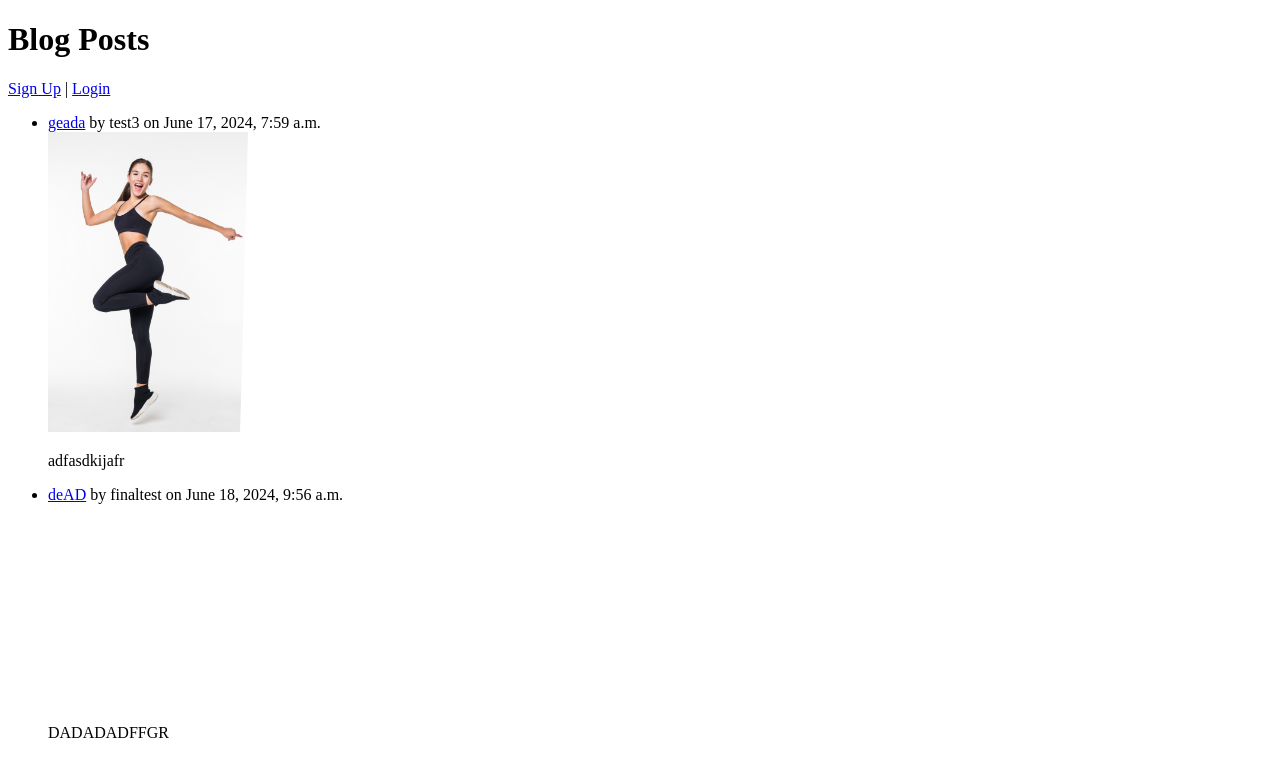
Repository: AchuVinod/miniblog
Page: http://localhost/
The author's editor kept a copy of each file at every save. The page is drawn from the files as they stood at one save, then again after the next save.
The browser window is 1280 px wide. The pictures show the whole page.
The page is served by the project's application, run on Django 5.2 (manage.py). Other server files are loaded and not shown. The page reads the database file committed with the project.

Above is the page before, as saved 2024-06-16 17:44:56.

### blog_project/blog/templates/blog/home.html
<!DOCTYPE html>
<html>
<head>
    <title>Blog Home</title>
</head>
<body>
    <h1>Blog Posts</h1>
    {% if user.is_authenticated %}
        <form method="post" action="{% url 'logout' %}" style="display: inline;">
            {% csrf_token %}
            <button type="submit">Logout</button>
        </form> | <a href="{% url 'create_post' %}">Create Post</a>
    {% else %}
        <a href="{% url 'signup' %}">Sign Up</a> | <a href="{% url 'login' %}">Login</a>
    {% endif %}
    <ul>
        {% for post in posts %}
            <li>
                <a href="{% url 'post_detail' post.pk %}">{{ post.title }}</a> by {{ post.author.username }} on {{ post.created_at }}
                <br>
                <img src="{{ post.image.url }}" alt="{{ post.title }}" style="max-width: 200px;">
                <p>{{ post.description|truncatewords:30 }}</p>
            </li>
        {% endfor %}
    </ul>
</body>
</html>

### blog_project/blog/models.py
from django.db import models
from django.contrib.auth.models import User

class Post(models.Model):
    title = models.CharField(max_length=200)
    description = models.TextField()
    image = models.ImageField(upload_to='blog_images/')
    author = models.ForeignKey(User, on_delete=models.CASCADE)
    created_at = models.DateTimeField(auto_now_add=True)

    def __str__(self):
        return self.title

class Comment(models.Model):
    post = models.ForeignKey(Post, related_name='comments', on_delete=models.CASCADE)
    author = models.ForeignKey(User, on_delete=models.CASCADE)
    text = models.TextField()
    created_at = models.DateTimeField(auto_now_add=True)

    def __str__(self):
        return self.text

### blog_project/blog/views.py
from django.shortcuts import render, get_object_or_404, redirect
from django.contrib.auth import login, authenticate
from django.contrib.auth.decorators import login_required
from django.contrib.auth.forms import AuthenticationForm
from .models import Post, Comment
from .forms import SignUpForm, PostForm, CommentForm
from django.http import HttpResponseForbidden
from django.contrib.auth.forms import UserCreationForm


def signup(request):
    if request.method == 'POST':
        form = UserCreationForm(request.POST)
        if form.is_valid():
            form.save()
            username = form.cleaned_data.get('username')
            raw_password = form.cleaned_data.get('password1')
            user = authenticate(username=username, password=raw_password)
            login(request, user)
            return redirect('login')  # Redirect to login page after signup
    else:
        form = UserCreationForm()
    return render(request, 'blog/signup.html', {'form': form})

def login_view(request):
    if request.method == 'POST':
        form = AuthenticationForm(request, data=request.POST)
        if form.is_valid():
            username = form.cleaned_data.get('username')
            password = form.cleaned_data.get('password')
            user = authenticate(username=username, password=password)
            if user is not None:
                login(request, user)
                return redirect('home')
    else:
        form = AuthenticationForm()
    return render(request, 'blog/login.html', {'form': form})

def home(request):
    posts = Post.objects.all()
    return render(request, 'blog/home.html', {'posts': posts})

@login_required
def create_post(request):
    if request.method == 'POST':
        form = PostForm(request.POST, request.FILES)
        if form.is_valid():
            post = form.save(commit=False)
            post.author = request.user
            post.save()
            return redirect('home')
    else:
        form = PostForm()
    return render(request, 'blog/create_post.html', {'form': form})

def post_detail(request, pk):
    post = get_object_or_404(Post, pk=pk)
    comments = Comment.objects.filter(post=post)
    if request.method == 'POST':
        form = CommentForm(request.POST)
        if form.is_valid():
            comment = form.save(commit=False)
            comment.author = request.user
            comment.post = post
            comment.save()
            return redirect('post_detail', pk=post.pk)
    else:
        form = CommentForm()
    return render(request, 'blog/post_detail.html', {'post': post, 'comments': comments, 'form': form})

@login_required
def delete_post(request, pk):
    post = get_object_or_404(Post, pk=pk)
    if request.user == post.author:
        post.delete()
        return redirect('home')
    else:
        return HttpResponseForbidden()

### blog_project/blog_project/urls.py
"""
URL configuration for blog_project project.

The `urlpatterns` list routes URLs to views. For more information please see:
    https://docs.djangoproject.com/en/5.0/topics/http/urls/
Examples:
Function views
    1. Add an import:  from my_app import views
    2. Add a URL to urlpatterns:  path('', views.home, name='home')
Class-based views
    1. Add an import:  from other_app.views import Home
    2. Add a URL to urlpatterns:  path('', Home.as_view(), name='home')
Including another URLconf
    1. Import the include() function: from django.urls import include, path
    2. Add a URL to urlpatterns:  path('blog/', include('blog.urls'))
"""
from django.contrib import admin
from django.urls import path, include
from django.conf import settings
from django.conf.urls.static import static

urlpatterns = [
    path('admin/', admin.site.urls),
    path('blog/', include('blog.urls')),
    path('', include('blog.urls')),
]

if settings.DEBUG:
    urlpatterns += static(settings.MEDIA_URL, document_root=settings.MEDIA_ROOT)

### blog_project/blog/urls.py
from django.urls import path
from django.contrib.auth import views as auth_views
from . import views

urlpatterns = [
    path('signup/', views.signup, name='signup'),
    path('login/', views.login_view, name='login'),
    path('logout/', auth_views.LogoutView.as_view(), name='logout'),  # Correct logout URL
    path('', views.home, name='home'),
    path('post/<int:pk>/', views.post_detail, name='post_detail'),
    path('post/new/', views.create_post, name='create_post'),
    path('post/<int:pk>/delete/', views.delete_post, name='delete_post'),
]

### blog_project/db.sqlite3 (the tables this page reads, as SQL)
CREATE TABLE "auth_user" ("id" integer NOT NULL PRIMARY KEY AUTOINCREMENT, "password" varchar(128) NOT NULL, "last_login" datetime NULL, "is_superuser" bool NOT NULL, "username" varchar(150) NOT NULL UNIQUE, "last_name" varchar(150) NOT NULL, "email" varchar(254) NOT NULL, "is_staff" bool NOT NULL, "is_active" bool NOT NULL, "date_joined" datetime NOT NULL, "first_name" varchar(150) NOT NULL);
INSERT INTO "auth_user" VALUES
(1, 'pbkdf2_sha256$720000$mdm1uPf3BpA6bMOWZK5LPM$cpjfny8iS3UlyTfRPLw8OA0leuXYn0eV8hhHsaSeFJc=', '2024-06-16 12:49:52.361171', 0, 'text', '', 'achuvinod8182@gmail.com', 0, 1, '2024-06-16 11:29:02.327586', ''),
(2, 'pbkdf2_sha256$720000$NpaS63cu774BLLUlRCkhr0$vY9VWpX4pO0PDaxFu6vF5+gGuLMWhOxd5CTeGTEqf0g=', '2024-06-17 08:00:08.258102', 0, 'test2', '', 'test2@gmail.com', 0, 1, '2024-06-16 12:02:50.787407', ''),
(3, 'pbkdf2_sha256$720000$Ukl7vDVfBnqRIhI0TDP3zQ$4iC9GfJAEXq8veW8/r0kyUoNowq2BZGsdKOUoKrO+5o=', '2024-06-18 10:06:09.334738', 0, 'test3', '', '', 0, 1, '2024-06-16 12:08:17.090326', ''),
(4, 'pbkdf2_sha256$720000$Ac23yZs36kM5qroDcUxzFV$dnQB2nI3gt3kjez8VWo7cCZ0FZgRe+YX9WjHt3SmUe8=', '2024-06-18 10:05:36.072247', 0, 'finaltest', '', '', 0, 1, '2024-06-17 09:20:35.363524', '');

CREATE TABLE "blog_post" ("id" integer NOT NULL PRIMARY KEY AUTOINCREMENT, "title" varchar(200) NOT NULL, "description" text NOT NULL, "image" varchar(100) NOT NULL, "created_at" datetime NOT NULL, "author_id" integer NOT NULL REFERENCES "auth_user" ("id") DEFERRABLE INITIALLY DEFERRED);
INSERT INTO "blog_post" VALUES
(4, 'geada', 'adfasdkijafr', 'blog_images/sporty-young-woman-jumping-isolated-white-wall.jpg', '2024-06-17 07:59:53.167689', 3),
(5, 'deAD', 'DADADADFFGR', 'blog_images/logo.png', '2024-06-18 09:56:15.404623', 4);

### blog_project/blog/templates/base.html
<!DOCTYPE html>
<html>
<head>
    <title>{% block title %}Blog{% endblock %}</title>
</head>
<body>
    <nav>
        <ul>
            <li><a href="{% url 'home' %}">Home</a></li>
            {% if user.is_authenticated %}
                <li><a href="{% url 'logout' %}">Logout</a></li>
                <li><a href="{% url 'create_post' %}">Create Post</a></li>
            {% else %}
                <li><a href="{% url 'signup' %}">Sign Up</a></li>
                <li><a href="{% url 'login' %}">Login</a></li>
            {% endif %}
        </ul>
    </nav>

    <div>
        {% block content %}
        {% endblock %}
    </div>

</body>
</html>

After the next save:
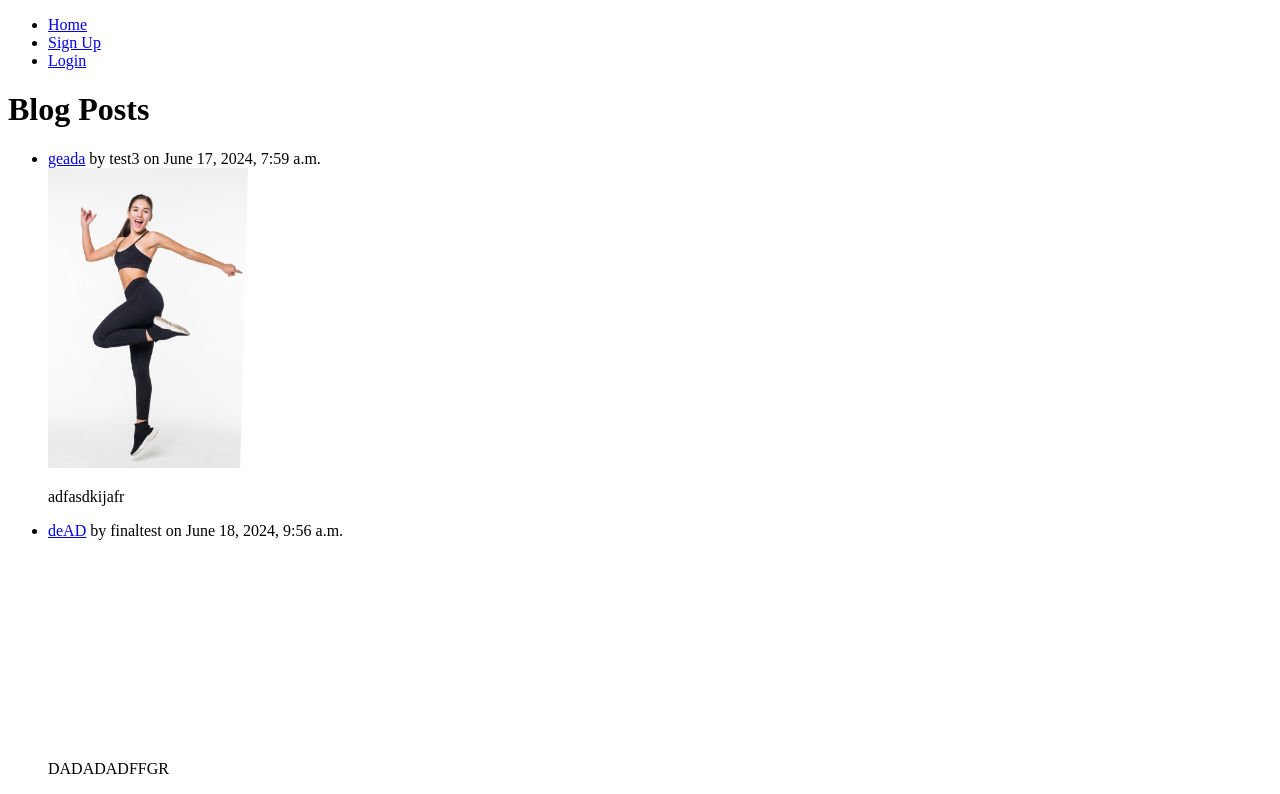
Saved 10 s later.
--- a/blog_project/blog/templates/blog/home.html
+++ b/blog_project/blog/templates/blog/home.html
@@ -1,18 +1,9 @@
-<!DOCTYPE html>
-<html>
-<head>
-    <title>Blog Home</title>
-</head>
-<body>
+{% extends 'base.html' %}
+
+{% block title %}Blog Home{% endblock %}
+
+{% block content %}
     <h1>Blog Posts</h1>
-    {% if user.is_authenticated %}
-        <form method="post" action="{% url 'logout' %}" style="display: inline;">
-            {% csrf_token %}
-            <button type="submit">Logout</button>
-        </form> | <a href="{% url 'create_post' %}">Create Post</a>
-    {% else %}
-        <a href="{% url 'signup' %}">Sign Up</a> | <a href="{% url 'login' %}">Login</a>
-    {% endif %}
     <ul>
         {% for post in posts %}
             <li>
@@ -23,5 +14,4 @@
             </li>
         {% endfor %}
     </ul>
-</body>
-</html>
+{% endblock %}
